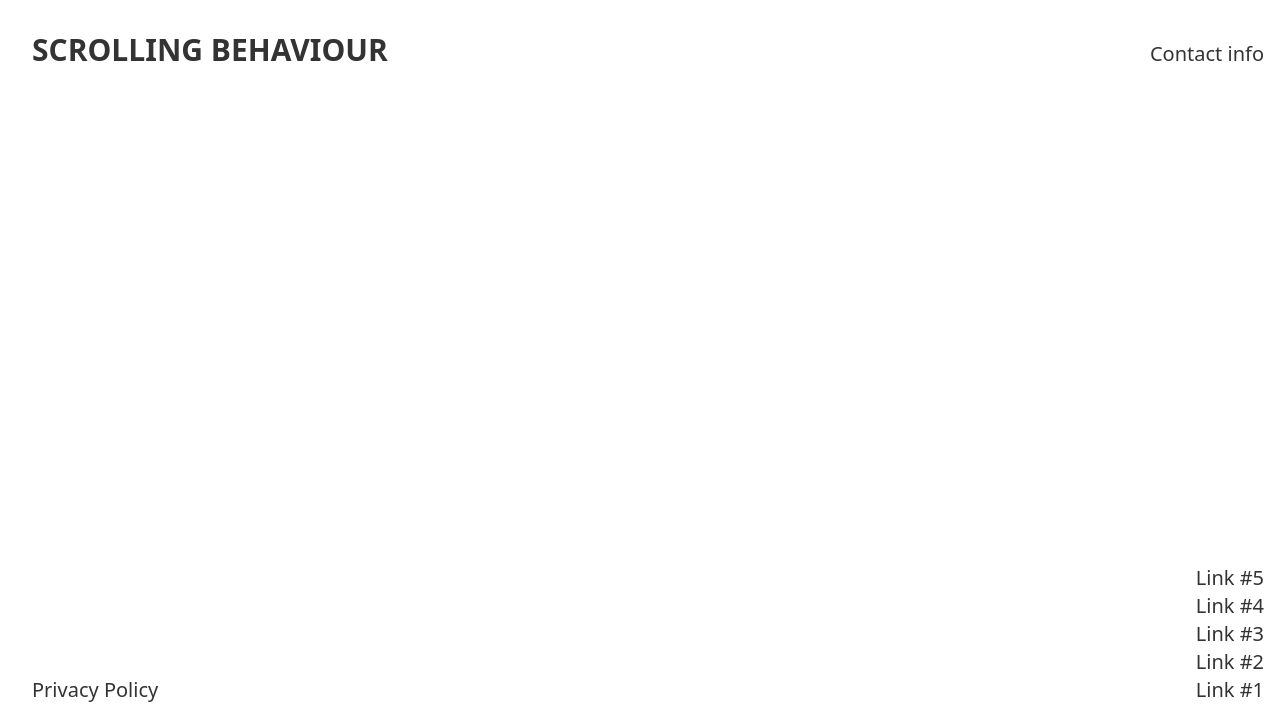
Repository: chelle-c/smooth-scroll-colours
Page: /
These files come from the project's save history. The page is drawn as it stood at one moment and after the next save; the edit follows.
The browser window is 1280 px wide. The pictures show the whole page.
The project was rebuilt for these pictures with package versions that can differ from the ones it lists, and the page was loaded fresh each time.

Above is the page before, as saved 2022-09-19 14:07:37.

After the next save:
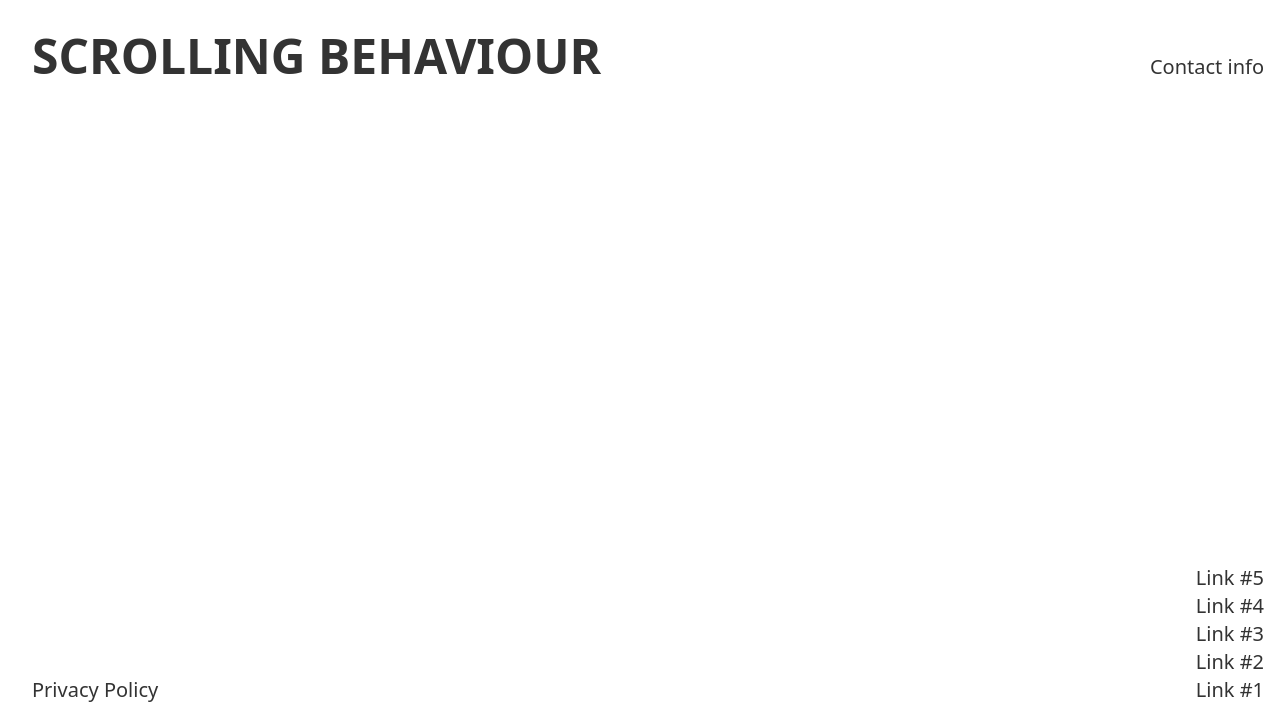
Saved 95 s later.
--- a/src/App.svelte
+++ b/src/App.svelte
@@ -3,7 +3,7 @@
 
 <main class="min-w-full min-h-screen fixed flex flex-col justify-between p-6">
 	<div class="flex flex-row justify-between items-baseline">
-		<div><h1 class='font-sans font-bold text-3xl uppercase'>Scrolling Behaviour</h1></div>
+		<div><h1 class='font-sans font-bold text-5xl uppercase'>Scrolling Behaviour</h1></div>
 		<div class='font-sans text-xl'>Contact info</div>
 	</div>
 	<div class="flex flex-row justify-between items-end">
